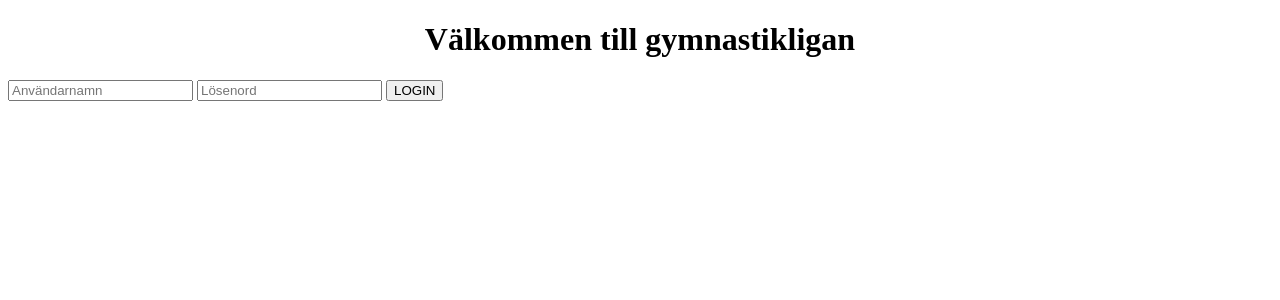
Repository: js223kz/1DV404_HT14_E4_4_JS223KZ
Page: index.html
The author's editor kept a record of every edit. The page is drawn from the files as they stood at one moment, then again after the next edit.
The browser window is 1280 px wide. The pictures show the whole page.
Some web fonts or font styles are not loaded; a fallback is used.

Above is the page before.

### index.html
<!DOCTYPE html>
<html>
    <head>
        <meta charset="UTF-8">
        <title>Iterativ - Laboration 4 - Projektet</title>
        <link rel="stylesheet" href="css/main.css">
        <link href='https://fonts.googleapis.com/css?family=Princess+Sofia' rel='stylesheet' type='text/css'>
    </head>
    <body>
        <header>
            <h1 id="headertext">Välkommen till gymnastikligan</h1>
        </header>
        <form id="loginform">
            <input type="text" name="username" id="username" placeholder="Användarnamn"/>
            <input type="text" name="pwd" id="pwd" placeholder="Lösenord"/>
            <input type="submit" value="LOGIN" id="loginbutton/>
        </form>
        <script src="js/login.js"></script>
    </body>
</html>

### css/main.css
#indexheader{
    width: 100%;
    height: 100px;
}
#headertext{
    width: 50%;
    position: relative;
    margin-left: auto;
    margin-right: auto;
    text-align: center;
}
#loginbutton{
    position:absolute;
    right: 5%;
    top: 4%;
    float: left;
}
#loginwrapper{
   width: 300px;
   height: 300px;
   border: 1px solid #000;
   margin-right: auto;
   margin-left: auto;
}
#adduserform{
    width: 300px;
    height: auto;
    float: left;
}
#adduserbutton{
    position:absolute;
    right: 5%;
    top: 6%;
}
.adduserinput{
    width: 250px;
    margin-top: 10px;
}
.adduserradio{
    margin-top: 10px;
}
#sidebar{
    min-width: 300px;
    min-height: 600px;
    border-left: 1px solid #000;
    float: left;
    margin-left: 100px;
}
#sidebarheadline{
    text-align: center;
}
#userlist{
    width: 90%;
    margin-right: auto;
    margin-left: auto;
}

.previewusercontainer{
    width: 300px;
    height: 50px;
    border: 1px solid #000;

}

After the next edit:
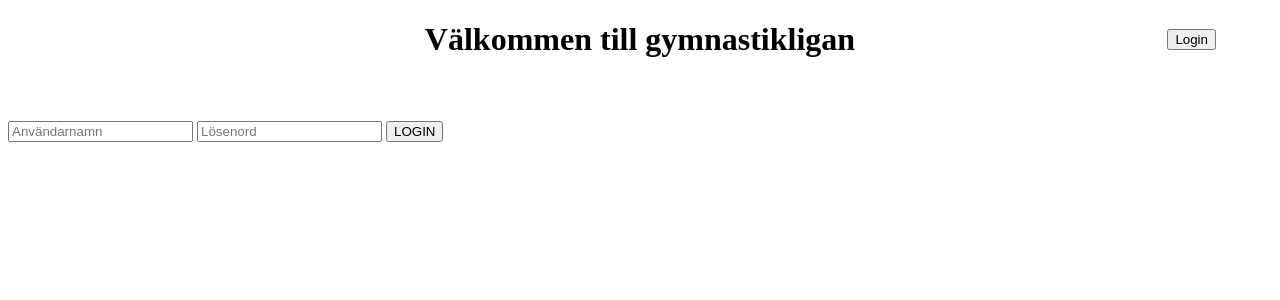
The edit:
--- a/index.html
+++ b/index.html
@@ -7,8 +7,9 @@
         <link href='https://fonts.googleapis.com/css?family=Princess+Sofia' rel='stylesheet' type='text/css'>
     </head>
     <body>
-        <header>
+        <header id="indexheader">
             <h1 id="headertext">Välkommen till gymnastikligan</h1>
+            <button id="loginbutton">Login</button>
         </header>
         <form id="loginform">
             <input type="text" name="username" id="username" placeholder="Användarnamn"/>
